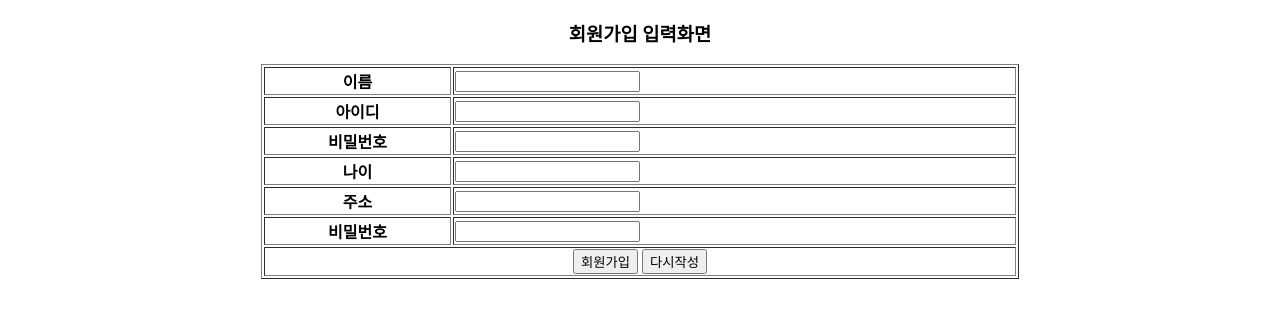
Repository: KeekeunTae/TeamC
Page: Study_Web/workspace/01.FirstProject/WebContent/memberJoinForm.html
These files come from the project's save history. The page is drawn as it stood at one moment and after the next save; the edit follows.
The browser window is 1280 px wide. The pictures show the whole page.

Above is the page before, as saved 2021-11-08 08:03:53.

After the next save:
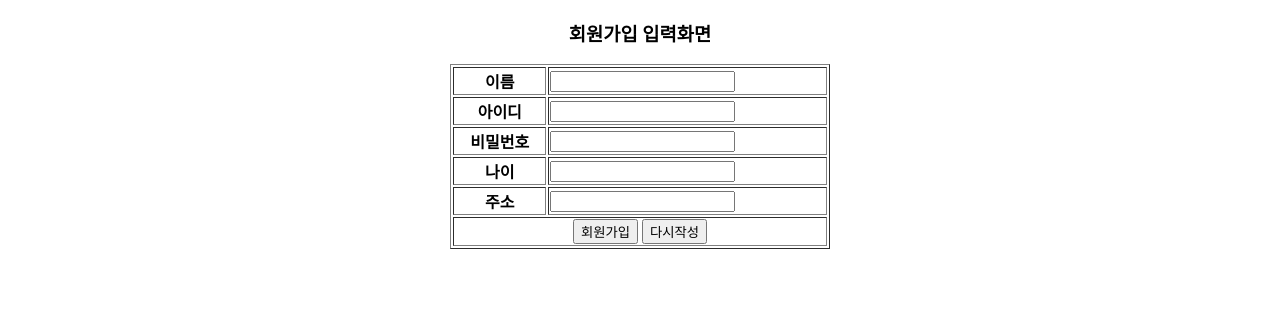
Saved 7 min 5 s later.
--- a/Study_Web/workspace/01.FirstProject/WebContent/memberJoinForm.html
+++ b/Study_Web/workspace/01.FirstProject/WebContent/memberJoinForm.html
@@ -1,17 +1,26 @@
+
 <!DOCTYPE html>
 <html>
 <head>
 <meta charset="UTF-8">
 <title>회원가입 입력화면</title>
+<script type="text/javascript">
+function fnSubmit(){
+	if(confirm("회원가입을 하시겠습니까?")){
+		return true;
+	}
+	return false;
+}
+</script>
 </head>
 <body>
 <div align="center">
 <h3>회원가입 입력화면</h3>
-<form action="memberJoin.do" method="post">
-<table border="1" style="width:60%">
+<form action="memberJoin.do" method="post" onsubmit="return fnSubmit()">
+<table border="1" style="width: 30%">
 	<tr>
 		<th>이름</th>
-		<td><input type= "text" name="name" required="required"/></td>
+		<td><input type="text" name="name" required="required"/></td>
 	</tr>
 	<tr>
 		<th>아이디</th>
@@ -23,17 +32,13 @@
 	</tr>
 	<tr>
 		<th>나이</th>
-		<td><input type="password" name="age" required="required"/></td>
+		<td><input type="number" name="age" required="required"/></td>
 	</tr>
-		<tr>
+	<tr>
 		<th>주소</th>
 		<td><input type="text" name="addr" required="required"/></td>
 	</tr>
-		<tr>
-		<th>비밀번호</th>
-		<td><input type="password" name="pw" required="required"/></td>
-	</tr>
-		<tr>
+	<tr>
 		<td colspan="2" align="center">
 			<input type="submit" value="회원가입"/>
 			<input type="reset" value="다시작성"/>
